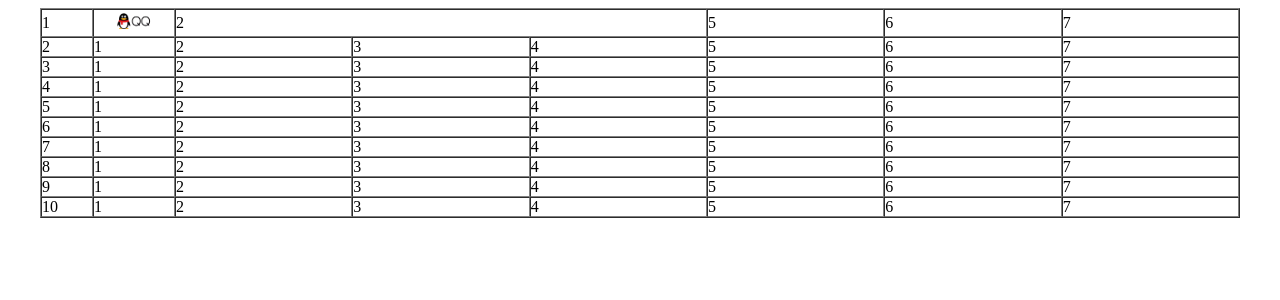
Repository: l897284707/0913
Page: qq注册界面.html
The author's editor kept a copy of each file at every save. The page is drawn from the files as they stood at one save, then again after the next save.
The browser window is 1280 px wide. The pictures show the whole page.

Above is the page before, as saved 2022-09-13 20:36:06.

### qq注册界面.html
<!DOCTYPE html>
<html lang="en">

<head>
    <meta charset="UTF-8">
    <meta http-equiv="X-UA-Compatible" content="IE=edge">
    <meta name="viewport" content="width=device-width, initial-scale=1.0">
    <title>Document</title>
</head>

<body>
    <table style="width: 1200px;" align="center" valign="middle" border="1" cellspacing="0" cellpadding="0">
        <tr>
            <td style="width:50px;">
                1
            </td>
            <td align="center" valign="middle" style="width: 80px;"><img src="/img/图片1.png" alt="qq图标" width="50"></td>
            <td colspan="3">2</td>
            <td>5</td>
            <td>6</td>
            <td>7</td>
        </tr>
        <tr>
            <td>2</td>
            <td>1</td>
            <td>2</td>
            <td>3</td>
            <td>4</td>
            <td>5</td>
            <td>6</td>
            <td>7</td>
        </tr>
        <tr>
            <td>3</td>
            <td>1</td>
            <td>2</td>
            <td>3</td>
            <td>4</td>
            <td>5</td>
            <td>6</td>
            <td>7</td>
        </tr>
        <tr>
            <td>4</td>
            <td>1</td>
            <td>2</td>
            <td>3</td>
            <td>4</td>
            <td>5</td>
            <td>6</td>
            <td>7</td>
        </tr>
        <tr>
            <td>5</td>
            <td>1</td>
            <td>2</td>
            <td>3</td>
            <td>4</td>
            <td>5</td>
            <td>6</td>
            <td>7</td>
        </tr>
        <tr>
            <td>6</td>
            <td>1</td>
            <td>2</td>
            <td>3</td>
            <td>4</td>
            <td>5</td>
            <td>6</td>
            <td>7</td>
        </tr>
        <tr>
            <td>7</td>
            <td>1</td>
            <td>2</td>
            <td>3</td>
            <td>4</td>
            <td>5</td>
            <td>6</td>
            <td>7</td>
        </tr>
        <tr>
            <td>8</td>
            <td>1</td>
            <td>2</td>
            <td>3</td>
            <td>4</td>
            <td>5</td>
            <td>6</td>
            <td>7</td>
        </tr>
        <tr>
            <td>9</td>
            <td>1</td>
            <td>2</td>
            <td>3</td>
            <td>4</td>
            <td>5</td>
            <td>6</td>
            <td>7</td>
        </tr>
        <tr>
            <td>10</td>
            <td>1</td>
            <td>2</td>
            <td>3</td>
            <td>4</td>
            <td>5</td>
            <td>6</td>
            <td>7</td>
        </tr>
    </table>

</body>

</html>

After the next save:
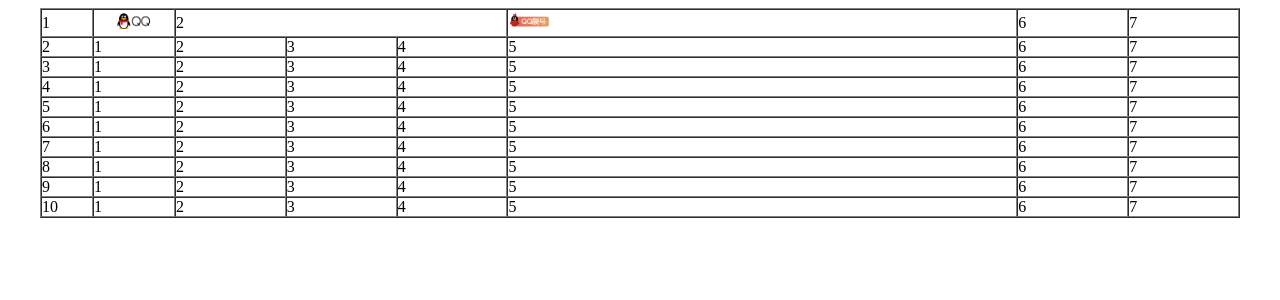
Saved 3 min 56 s later.
--- a/qq注册界面.html
+++ b/qq注册界面.html
@@ -16,7 +16,9 @@
             </td>
             <td align="center" valign="middle" style="width: 80px;"><img src="/img/图片1.png" alt="qq图标" width="50"></td>
             <td colspan="3">2</td>
-            <td>5</td>
+            <td>
+                <img src="/img/新建项目.png" alt="">
+            </td>
             <td>6</td>
             <td>7</td>
         </tr>
